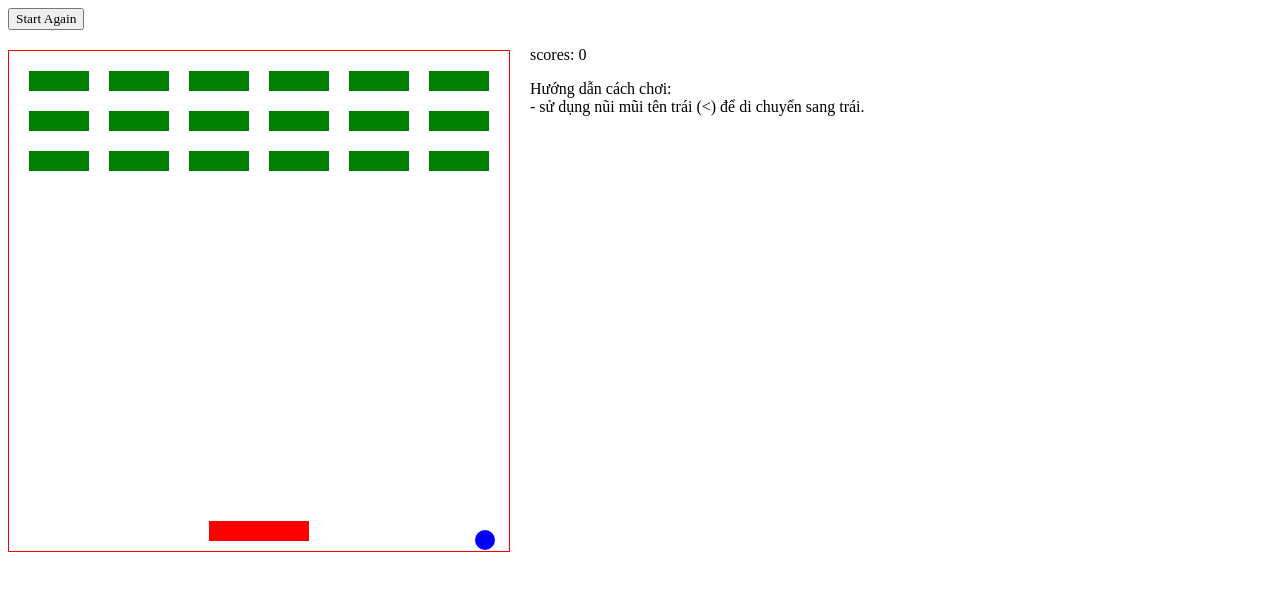
Repository: huynhsang96/CaseJS
Page: Demo_case/index.html
An editor plug-in stored every save of this project. The page is shown before and after the next save, followed by the edit.
The browser window is 1280 px wide. The pictures show the whole page.

Above is the page before, as saved 2022-02-20 14:36:23.

After the next save:
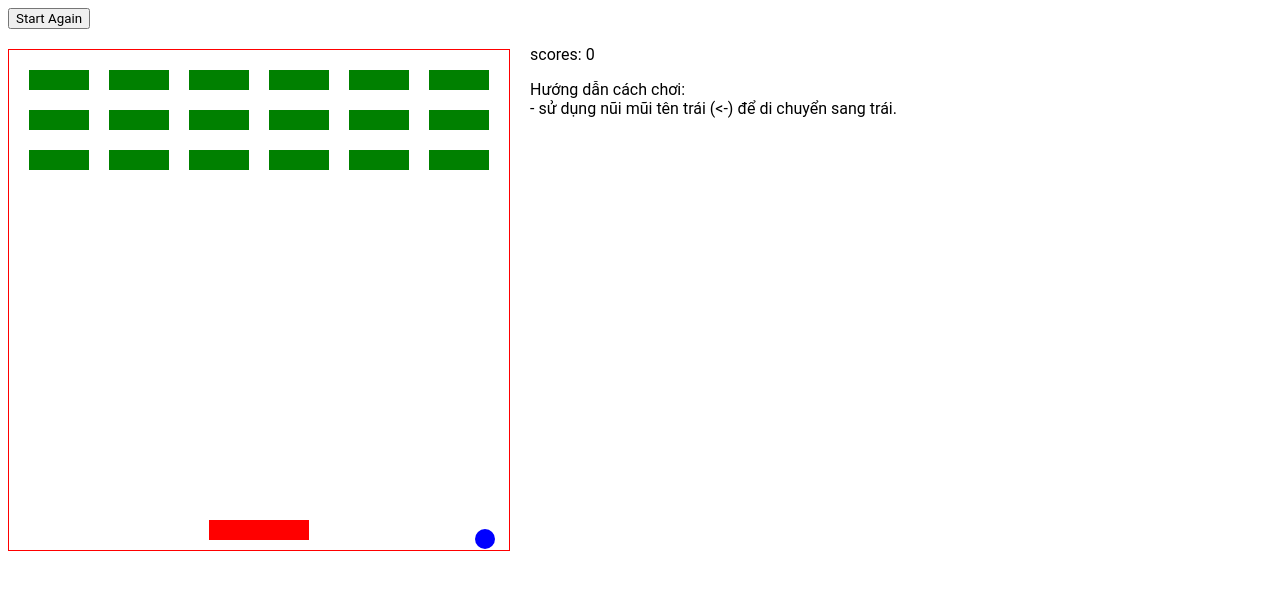
Saved 15 s later.
--- a/Demo_case/index.html
+++ b/Demo_case/index.html
@@ -7,7 +7,7 @@
     <title>Document</title>
     <style>
         *{
-            font-family:  'Fira Code';
+            font-family:  'Fira Code', 'roboto';
         }
         canvas{
             margin-top: 20px;
@@ -36,7 +36,7 @@
             <p>
                 Hướng dẫn cách chơi:
                 <br>
-                - sử dụng nũi mũi tên trái (<) để di chuyển sang trái.
+                - sử dụng nũi mũi tên trái (<-) để di chuyển sang trái.
             </p>
         </div>
     </div>
